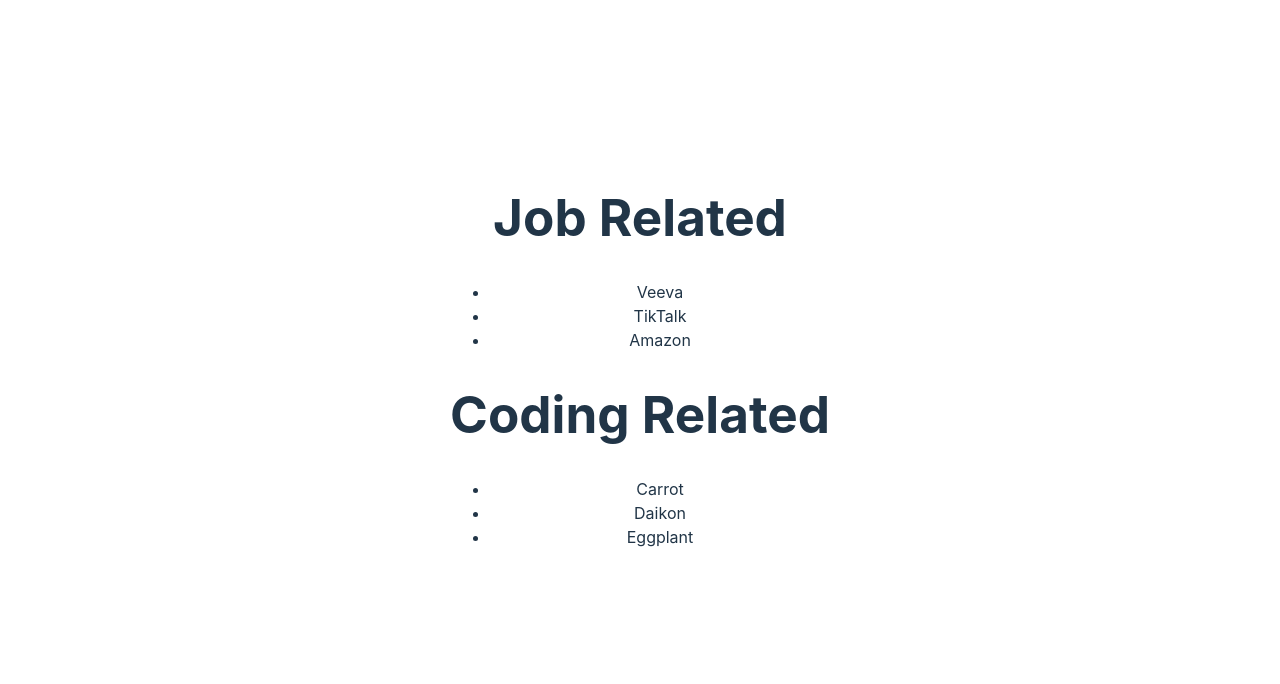
Repository: UofS-Jinhua/MyWebApp
Page: /
These files come from the project's save history. The page is drawn as it stood at one moment and after the next save; the edit follows.
The browser window is 1280 px wide. The pictures show the whole page.
The project was rebuilt for these pictures with package versions that can differ from the ones it lists, and the page was loaded fresh each time. Also part of the build but not shown: vite.config.js.

Above is the page before, as saved 2024-10-23 12:12:33.

After the next save:
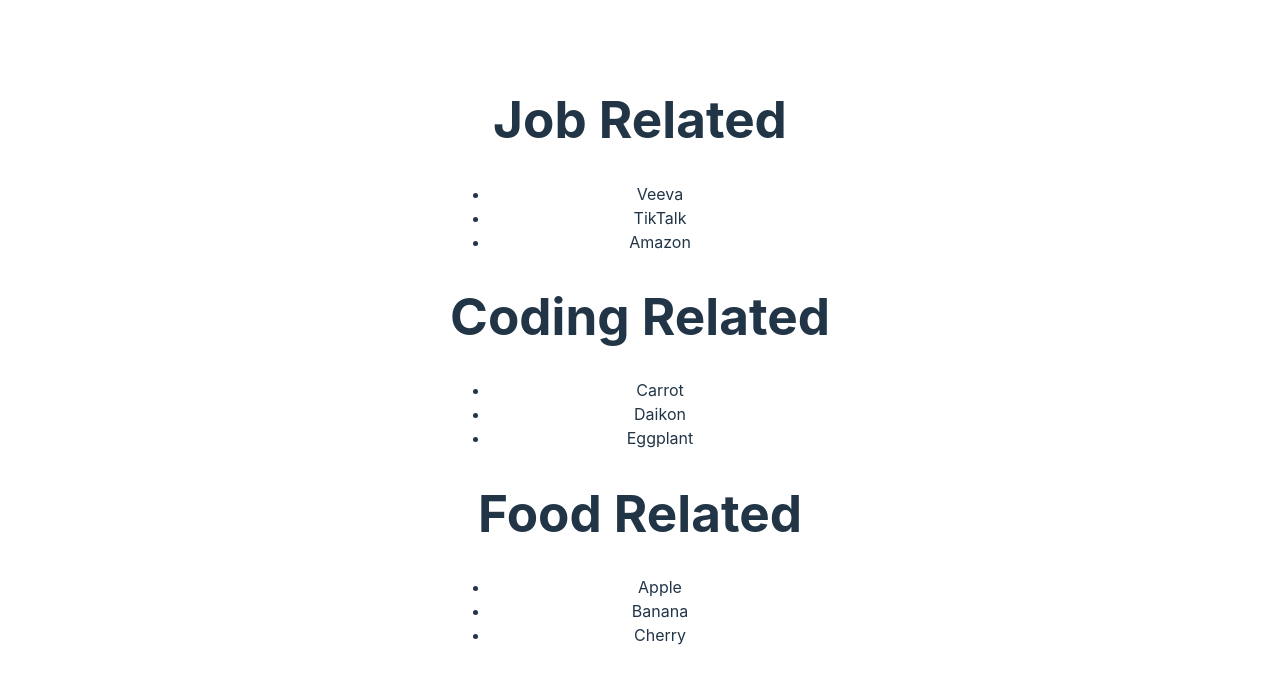
Saved 71 s later.
--- a/src/App.jsx
+++ b/src/App.jsx
@@ -13,6 +13,11 @@
         c_name="Coding Related"
         contents={["Carrot", "Daikon", "Eggplant"]}
       />
+
+      <Category
+        c_name="Food Related"
+        contents={["Apple", "Banana", "Cherry"]}
+      />
     </div>
   );
 }
